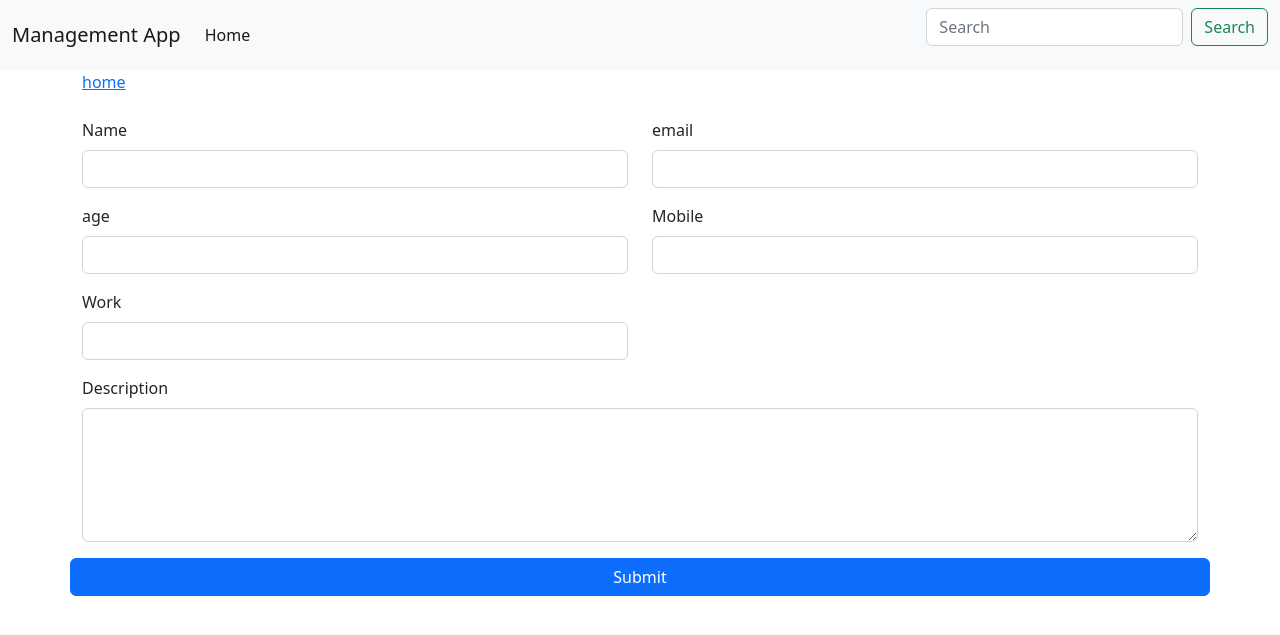
Repository: iamevs/Employee-Management-System
Page: /register (app in client/)
The author's editor kept a copy of each file at every save. The page is drawn from the files as they stood at one save, then again after the next save.
The browser window is 1280 px wide. The pictures show the whole page.
The project was rebuilt for these pictures with package versions that can differ from the ones it lists, and the page was loaded fresh each time. Also part of the build but not shown: client/vite.config.js, client/src/components/Home.jsx, client/src/components/Edit.jsx, client/src/components/Hero.jsx. Imported but missing from the stored project, and not drawn on this page: client/src/components/Details.

Above is the page before, as saved 2022-11-28 23:06:40.

After the next save:
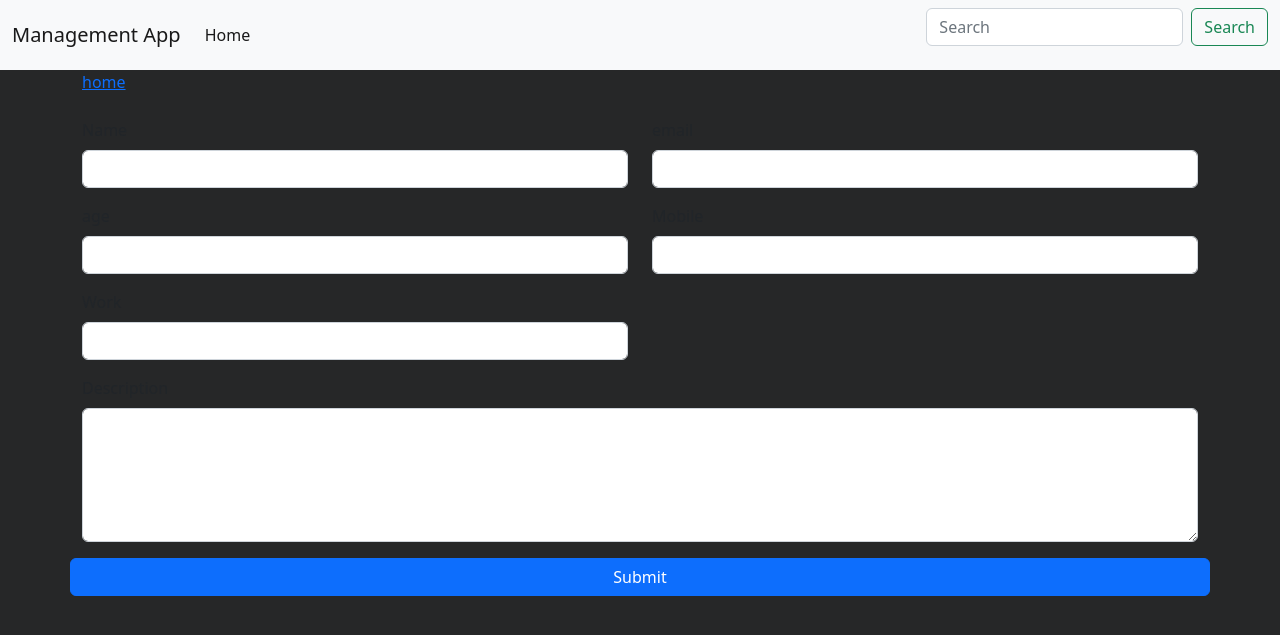
Saved 63 s later.
--- a/client/src/index.css
+++ b/client/src/index.css
@@ -5,6 +5,7 @@ body {
     sans-serif;
   -webkit-font-smoothing: antialiased;
   -moz-osx-font-smoothing: grayscale;
+  background-color: #262728 !important;
 }
 
 code {
@@ -12,10 +13,6 @@ code {
     monospace;
 }
 
-code {
-  background-color: #242526;
-}
-
 .btns{
   display: flex;
   justify-content: space-between;
